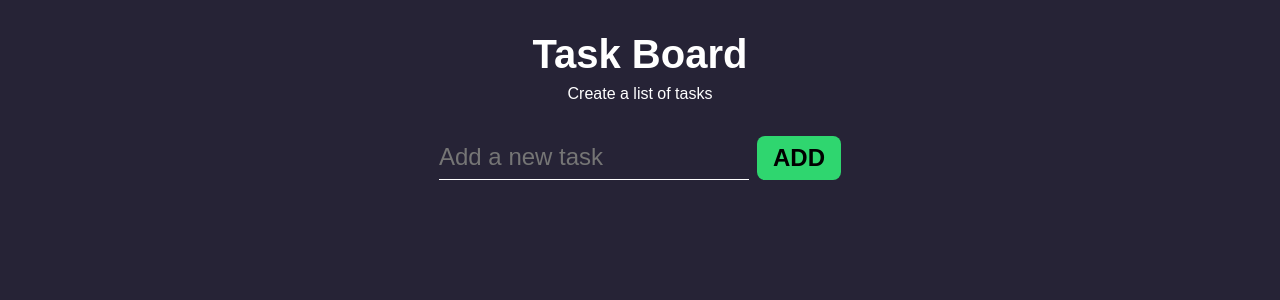
Repository: Kiendz3202/marketplace-frontend-nuxtjs
Page: /
The author's editor kept a copy of each file at every save. The page is drawn from the files as they stood at one save, then again after the next save.
The browser window is 1280 px wide. The pictures show the whole page.
The project was rebuilt for these pictures with package versions that can differ from the ones it lists, and the page was loaded fresh each time. The framework's server and built-in components were replaced by stand-ins that run in the browser. Also part of the build but not shown: nuxt.config.js, components/Task.vue, components/connectWallet/AddressAvatar1.vue.

Above is the page before, as saved 2022-11-08 00:12:49.

### assets/css/main.css
* {
	margin: 0;
	padding: 0;
	box-sizing: border-box;
	font-family: 'Fira sans', sans-serif;
}

body {
	background-color: rgb(38, 35, 54);
	color: #FFF;
}

main {
	width: 100%;
	height: 100vh;
	display: flex;
	flex-direction: column;
	align-items: center;
	padding-top: 2rem;
}

main h1 {
	font-size: 2.5rem;
	text-transform: capitalize;
	margin-bottom: 0.5rem;
}

main h1 ~ p {
	margin-bottom: 2rem;
}

main .create-new {
	display: flex;
	justify-content: center;
	align-items: center;
	max-width: 480px;
}

main .create-new input {
	appearance: none;
	border: none;
	outline: none;
	border-bottom: 1px solid #FFF;
	background-color: transparent;
	color: #FFF;
	font-size: 1.5rem;
	padding-top: 0.5rem;
	padding-bottom: 0.5rem;
	margin: 0;
	transition: 0.4s;
}

main .create-new input:focus {
	border-bottom-color: rgb(47, 214, 111);
}

main .create-new button {
	appearance: none;
	border: none;
	outline: none;
	background-color: rgb(47, 214, 111);
	text-transform: uppercase;
	font-weight: bold;
	color: #000;
	font-size: 1.5rem;
	padding: 0.5rem 1rem;
	border-radius: 0.5rem;
	margin-left: 0.5rem;
	cursor: pointer;
}

main .tasks {
	width: 100%;
	max-width: 480px;
	margin-top: 2rem;
}

main .tasks .task {
	display: flex;
	align-items: center;
	justify-content: space-between;
	background-color: rgb(52, 47, 78);
	padding: 1rem;
	border-radius: 0.5rem;
	margin-bottom: 1rem;
}

main .tasks .task .buttons {
	min-width: fit-content;
}

main .tasks .task button {
	appearance: none;
	border: none;
	outline: none;
	background-color: rgb(47, 214, 111);
	text-transform: uppercase;
	font-weight: bold;
	color: #000;
	font-size: 0.875rem;
	padding: 0.5rem 1rem;
	border-radius: 0.5rem;
	margin-left: 0.5rem;
	cursor: pointer;
}

main .tasks .task button.delete {
	background-color: crimson;
	color: #EEE;
}

.tasks .task.is-complete {
	opacity: 0.7;
}

.tasks .task.is-complete .content {
	text-decoration: line-through;
}

### store/index.js
export const state = () => ({
  tasks: [],
  address: "",
});

export const mutations = {
  ADD_TASK(state, task) {
    state.tasks = [{ content: task, done: false }, ...state.tasks];
  },
  REMOVE_TASK(state, task) {
    state.tasks.splice(state.tasks.indexOf(task), 1);
  },
  TOGGLE_TASK(state, task) {
    task.done = !task.done;
  },
};

### pages/index.vue
<template>
  <main>
    <h1>Task Board</h1>
    <p>Create a list of tasks</p>

    <div class="create-new">
      <input
        type="text"
        v-model="newTask"
        placeholder="Add a new task"
        @keypress.enter="addTask" />
      <button @click="addTask">Add</button>
    </div>

    <div class="tasks">
      <Task
        v-for="(task, i) in $store.state.tasks"
        :key="i"
        :task="task" />
    </div>

  </main>
</template>

<script>
export default {
  data (){
    return {
      newTask: ''
    }
  },
  methods: {
    addTask () {
      if (this.newTask) {
        this.$store.commit('ADD_TASK', this.newTask);
        this.newTask = '';
      }
    }
  }
}
</script>

After the next save:
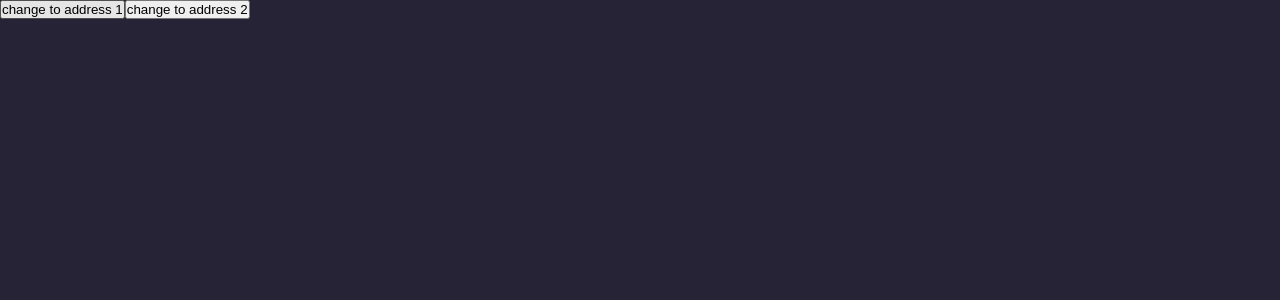
Saved 81 s later.
--- a/pages/index.vue
+++ b/pages/index.vue
@@ -1,41 +1,30 @@
 <template>
-  <main>
-    <h1>Task Board</h1>
-    <p>Create a list of tasks</p>
-
-    <div class="create-new">
-      <input
-        type="text"
-        v-model="newTask"
-        placeholder="Add a new task"
-        @keypress.enter="addTask" />
-      <button @click="addTask">Add</button>
-    </div>
-
-    <div class="tasks">
-      <Task
-        v-for="(task, i) in $store.state.tasks"
-        :key="i"
-        :task="task" />
-    </div>
-
-  </main>
+  <div>
+    <div>{{ address }}</div>
+    <button @click="changeToAddress1">change to address 1</button>
+    <button @click="changeToAddress2">change to address 2</button>
+  </div>
 </template>
 
 <script>
 export default {
-  data (){
+  data() {
     return {
-      newTask: ''
-    }
+      newTask: "",
+    };
+  },
+  computed: {
+    address() {
+      return this.$store.state.address;
+    },
   },
   methods: {
-    addTask () {
+    addTask() {
       if (this.newTask) {
-        this.$store.commit('ADD_TASK', this.newTask);
-        this.newTask = '';
+        this.$store.commit("ADD_TASK", this.newTask);
+        this.newTask = "";
       }
-    }
-  }
-}
+    },
+  },
+};
 </script>
